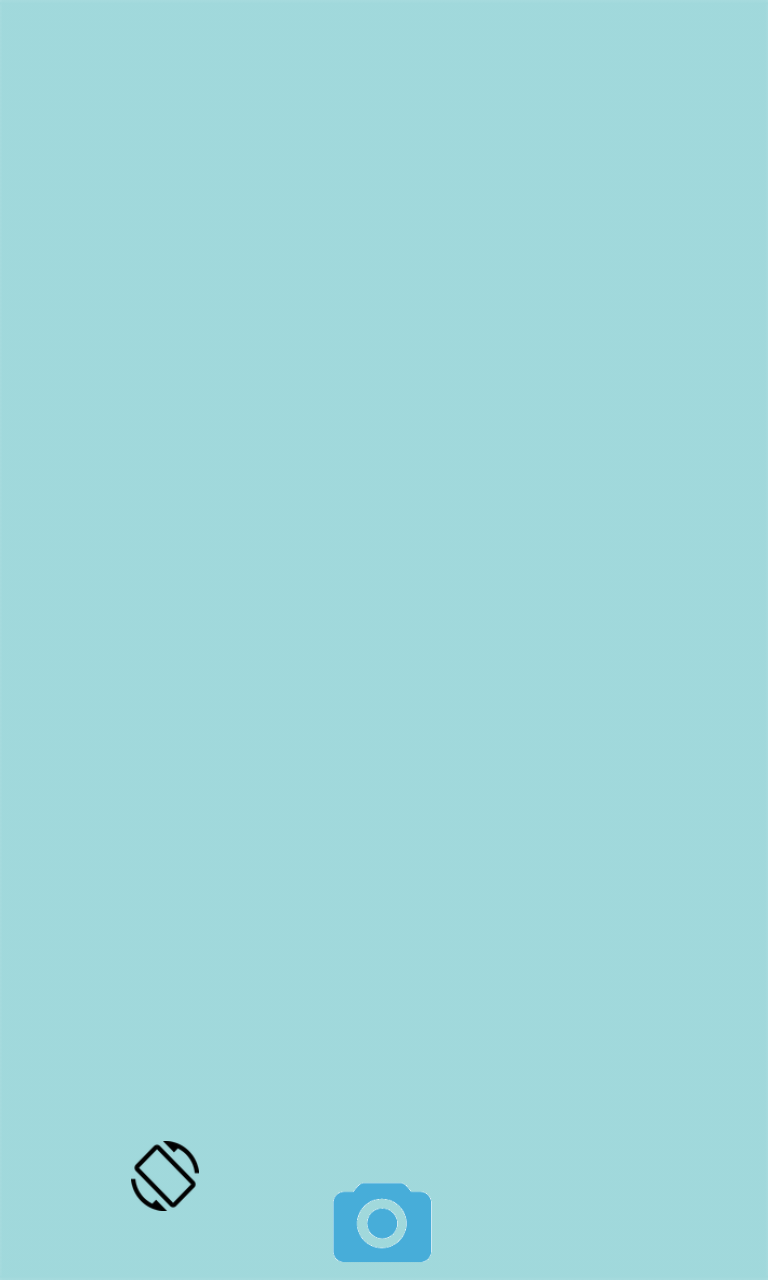
Repository: jucasoliveira/crazycameraapp
Layout: CrazyCameraCp/res/layout/activity_main.xml
An editor plug-in stored every save of this project. The layout is shown before and after the next save, followed by the edit.
It is drawn on a 768 x 1280 px phone screen (xhdpi) without system bars, with theme AppTheme; the app's code is not run.

Above is the layout before, as saved 2015-04-16 23:32:55.

After the next save:
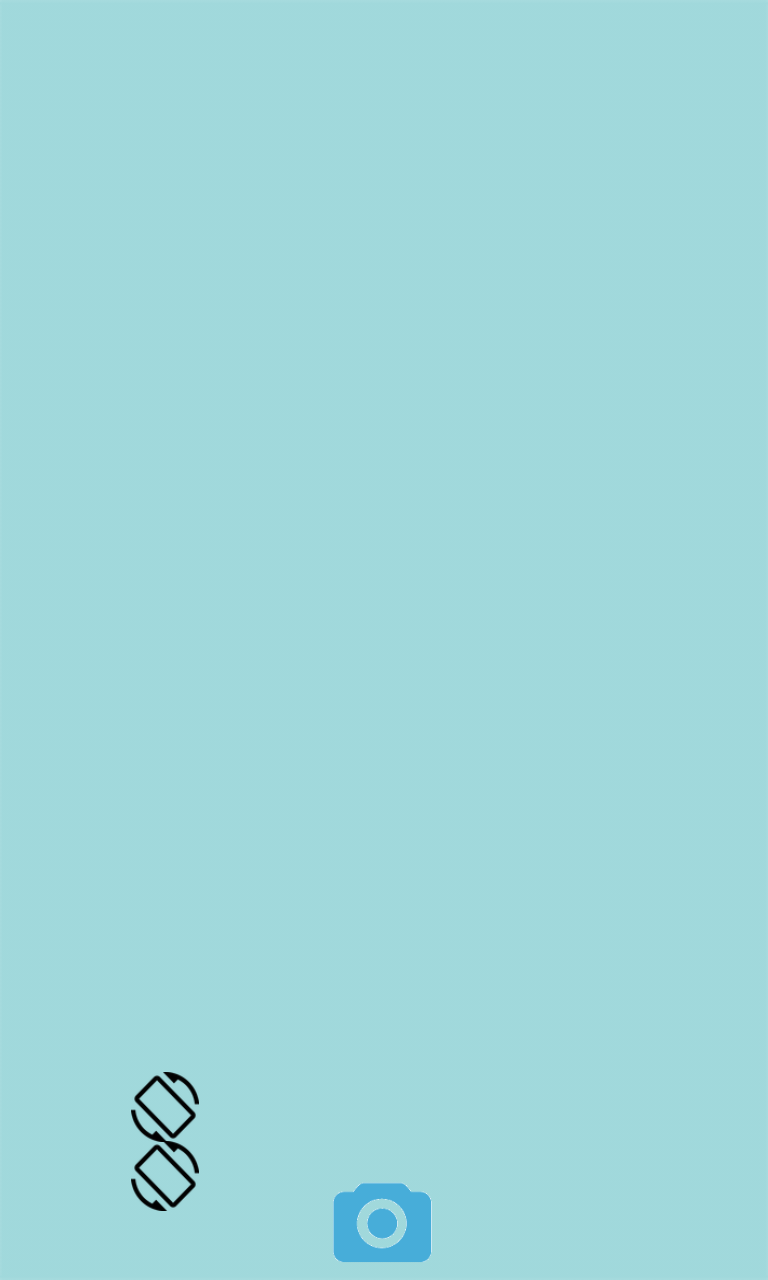
Saved 26 s later.
--- a/CrazyCameraCp/res/layout/activity_main.xml
+++ b/CrazyCameraCp/res/layout/activity_main.xml
@@ -29,5 +29,13 @@
        android:layout_marginLeft="-110dp"
        android:layout_marginTop="-70dp"
        android:background="@drawable/icon_rotate" />
+      <Button
+       android:id="@+id/button_flash"
+       android:layout_width="34dp"
+       android:layout_height="35dp"
+       android:layout_gravity="center"
+       android:layout_marginLeft="-110dp"
+       android:layout_marginTop="-70dp"
+       android:background="@drawable/icon_rotate" />
 
 </LinearLayout>
